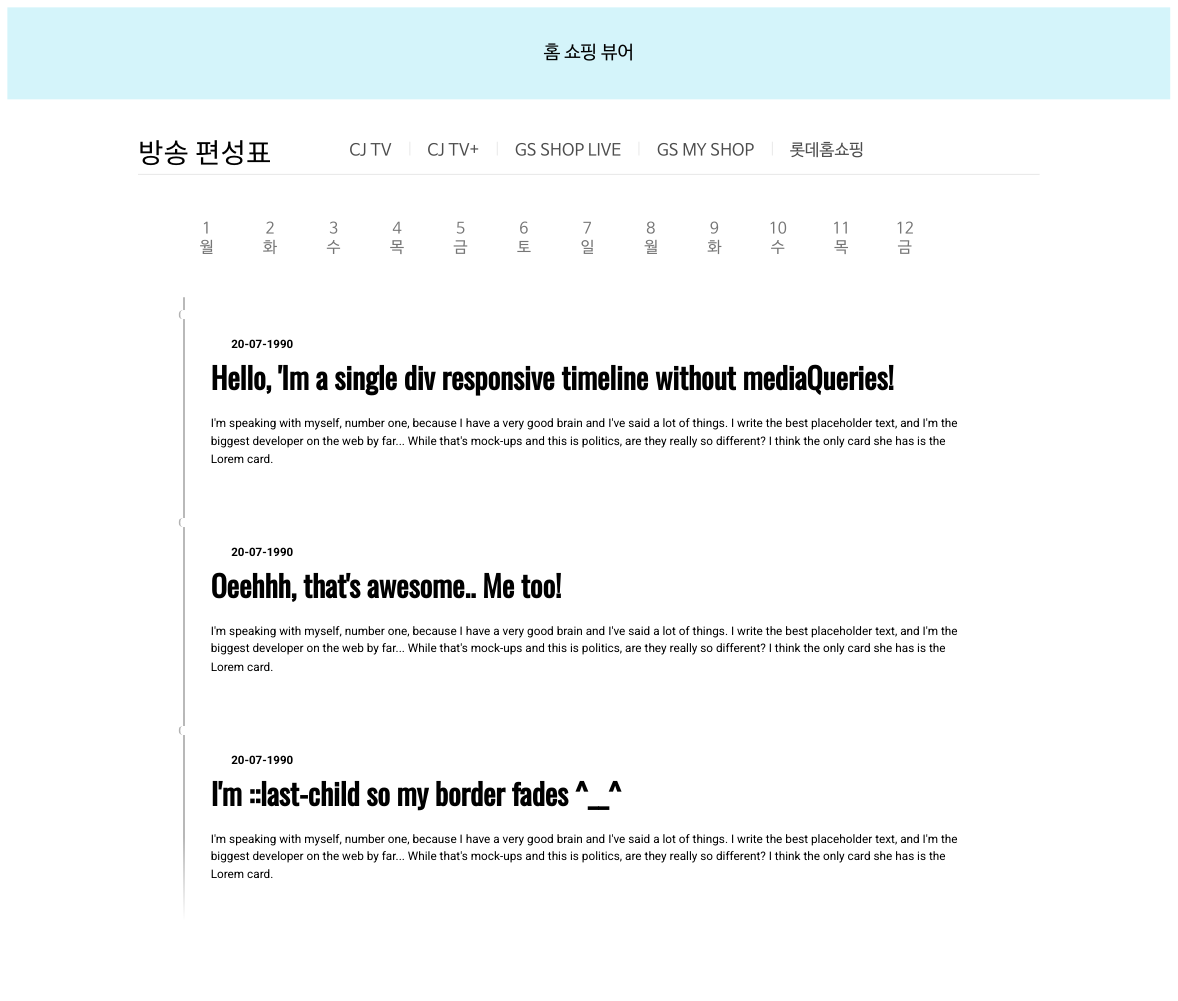
Repository: Kds010/HomeShopping
Page: http://localhost/index
The author's editor kept a copy of each file at every save. The page is drawn from the files as they stood at one save, then again after the next save.
The browser window is 1280 px wide. The pictures show the whole page, at 92% of full size.
The page is this project's Thymeleaf template; nobody is signed in. The template is opened directly, without the code that normally fills it, so the values that code supplies are empty.

Above is the page before, as saved 2021-12-18 10:09:57.

### homeshopping/src/main/resources/templates/index.html
<!DOCTYPE html>
<html xmlns:th="http://www.thymeleaf.org">
<head>
<meta charset="UTF-8">
<title>SC쇼핑바라기</title>
</head>
<body>
<div id="wrap">
	<th:block th:replace="header.html"></th:block>
	<div id="container">
		<div class="content">
			<div class="fiexd_wrap">
				<div class="fixed_wrap_div">
					<h2 class="fiexd_wrap_tit">방송 편성표</h2>
					<ul class="ch_list_tab" id="ch_list_tab">
						<li class="">CJ TV</li>
						<li class="">CJ TV+</li>
						<li class="">GS SHOP LIVE</li>
						<li class="">GS MY SHOP</li>
						<li class="">롯데홈쇼핑</li>
					</ul>
				</div>
				<ul class="list_date" id="scheduleDate">
					<li data-dt="20211201">
						<a href="javascript:;" class="date_cont">
							<span class="num_date">1</span>
							<span class="txt_date">월</span></a></li>
					<li data-dt="20211202">
						<a href="javascript:;" class="date_cont">
							<span class="num_date">2</span>
							<span class="txt_date">화</span></a></li>
					<li data-dt="20211203">
						<a href="javascript:;" class="date_cont">
							<span class="num_date">3</span>
							<span class="txt_date">수</span></a></li>
					<li data-dt="20211204">
						<a href="javascript:;" class="date_cont">
							<span class="num_date">4</span>
							<span class="txt_date">목</span></a></li>
					<li data-dt="20211205">
						<a href="javascript:;" class="date_cont">
							<span class="num_date">5</span>
							<span class="txt_date">금</span></a></li>
					<li data-dt="20211206">
						<a href="javascript:;" class="date_cont">
							<span class="num_date">6</span>
							<span class="txt_date">토</span></a></li>
					<li data-dt="20211207">
						<a href="javascript:;" class="date_cont">
							<span class="num_date">7</span>
							<span class="txt_date">일</span></a></li>
					<li data-dt="20211208">
						<a href="javascript:;" class="date_cont">
							<span class="num_date">8</span>
							<span class="txt_date">월</span></a></li>
					<li data-dt="20211209">
						<a href="javascript:;" class="date_cont">
							<span class="num_date">9</span>
							<span class="txt_date">화</span></a></li>
					<li data-dt="20211210">
						<a href="javascript:;" class="date_cont">
							<span class="num_date">10</span>
							<span class="txt_date">수</span></a></li>
					<li data-dt="20211211">
						<a href="javascript:;" class="date_cont">
							<span class="num_date">11</span>
							<span class="txt_date">목</span></a></li>
					<li data-dt="20211212">
						<a href="javascript:;" class="date_cont">
							<span class="num_date">12</span>
							<span class="txt_date">금</span></a></li>
				</ul>
			</div>



		<div class="container2">

			<div class="timeline-item" date-is='20-07-1990'>
				<h1>Hello, 'Im a single div responsive timeline without mediaQueries!</h1>
				<p>
					I'm speaking with myself, number one, because I have a very good brain and I've said a lot of things. I write the best placeholder text, and I'm the biggest developer on the web by far... While that's mock-ups and this is politics, are they really so different? I think the only card she has is the Lorem card.
				</p>
			</div>

			<div class="timeline-item" date-is='20-07-1990'>
				<h1>Oeehhh, that's awesome.. Me too!</h1>
				<p>
					I'm speaking with myself, number one, because I have a very good brain and I've said a lot of things. I write the best placeholder text, and I'm the biggest developer on the web by far... While that's mock-ups and this is politics, are they really so different? I think the only card she has is the Lorem card.
				</p>
			</div>

			<div class="timeline-item" date-is='20-07-1990'>
				<h1>I'm ::last-child so my border fades ^__^</h1>
				<p>
					I'm speaking with myself, number one, because I have a very good brain and I've said a lot of things. I write the best placeholder text, and I'm the biggest developer on the web by far... While that's mock-ups and this is politics, are they really so different? I think the only card she has is the Lorem card.
				</p>
			</div>

		</div>

		</div>
	</div>
</div>
</body>
</html>

### homeshopping/src/main/resources/templates/header.html
<!DOCTYPE html>
<html>
<head>
<meta charset="UTF-8">
<link rel="stylesheet" type="text/css" href="/css/main.css">
<link rel="stylesheet" type="text/css" href="/css/font.css">
<script src="/js/jquery-3.6.0.js" defer></script>
<script src="/js/index.js" defer></script>
</head>
<body>
<div class="header">
	<div class="header-content">
		홈 쇼핑 뷰어
	</div>
</div>
</body>
</html>

### homeshopping/src/main/resources/static/css/main.css
@charset "UTF-8";

/* // ----------------  THE BASICS */

@import url('https://fonts.googleapis.com/css?family=Oswald|Roboto:400,700');

/* // ----------------  THE FONTS */

h1, h2, h3, h4, h5, h6 {
	font-family: 'Oswald', sans-serif;
}

h1 {
	font-size: 2rem;
	margin-bottom: .5em;
}

p {
	font-family: 'Roboto', sans-serif;
	font-size: .8rem;
}


body{
	font-family: 'NanumBarunGothic', sans-serif;
    /* font-size: 12px; */
    font-size: 14px;
    line-height: 1.5;
}


div{
	display:block;
}

li, ol, ul{
	list-style: none;
}

li{
	display: list-item;
    text-align: -webkit-match-parent;
}

ul{
	list-style-type: disc;
}

a{
	color: inherit;
    text-decoration: none;
}

/* h1, h2, h3, h4, h5, h6{
	display: block;
    font-size: 1.5em;
    margin-block-start: 0.83em;
    margin-block-end: 0.83em;
    margin-inline-start: 0px;
    margin-inline-end: 0px;
    font-weight: bold;
} */

#wrap{
	min-width: 1240px;
}

.header {
	display: flex;
	background: #D4F4FA;
	width: 100%;
	height: 100px;
	font-size:20px;
	text-align: center;
}

.header-content{
    width: 1180px;
    margin: auto;
}

#container{
	position: relative;
    width: 1180px;
    min-height: 802px;
    margin: 0 auto;
    padding-bottom: 80px;
    zoom: 1;
}

.content{
	width:980px;
	margin:0 auto;
}

.fiexd_wrap{
	width:980px;
	margin-top: 30px;
}

.fixed_wrap_div{
	overflow: hidden;
	margin-bottom: 10px;
	border-bottom: 1px solid #e5e5e5;
}


.fiexd_wrap_tit{
	float: left;
    margin-top: 3px;
    margin-bottom: 3px;
    font-weight: 400;
    font-size: 30px;
    line-height: 1.5;
}

.ch_list_tab{
	overflow: hidden;
    float: left;
    margin: 12px 0 0 6px;
}

.ch_list_tab li{
	position: relative;
    float: left;
    margin-left: 39px;
    font-size: 18px;
    color: #4d4d4d;
    text-decoration: none;
}

.ch_list_tab li:nth-child(1):after {
    content: normal;
}

.ch_list_tab li:after {
	position: absolute;
    top: 4px;
    left: -20px;
    width: 1px;
    height: 15px;
    background-color: #e6e6e6;
    content: '';
}

.list_date {
	display: inline-block;
}

.list_date li{
	vertical-align: top;
	float: left;
    padding: 10px 3px;
    color: #767676;
    text-align: center;
    margin:0;
}

.list_date .date_cont{
	display: block;
    width: 31px;
    padding: 14px 16px 10px;
    font-size: 17px;
    line-height: 21px;
    text-decoration: none;
}

.list_date .num_date{
	display: block;
    height: 20px;
}

.list_date .txt_date{
	display: block;
    line-height: 24px;
}



/* // ----------------  LAYOUT */

.container2 {
	max-width: 1024px;
	width: 90%;
	margin: 0 auto;
}

/* // ----------------  THE FONTS */

/* $border-color: rgba(black, .3); */

.timeline-item {
	padding: 3em 2em 2em;
	position: relative;
	color: rgba(black, .7);
	/* border-left: 2px solid $border-color; */
	border-left: 2px solid rgba(0, 0, 0, 0.3);
}
.timeline-item::before {
		content: attr(date-is);
		position: absolute;
		left: 4em;
		font-weight: bold;
		/* top: 1em; */
		display: block;
		font-family: 'Roboto', sans-serif;
		font-weight: 700;
		font-size: .785rem;
	}

.timeline-item::after {
		width: 10px;
		height: 10px;
		display: block;
		top: 1em;
		position: absolute;
		left: -7px;
		border-radius: 10px;
		content: '';
		/* border: 2px solid $border-color; */
		border-left: 2px solid rgba(0, 0, 0, 0.3);
		background: white;
	}

.timeline-item:last-child {
			border-image: linear-gradient(to bottom, rgba(0, 0, 0, 0.3) 60%, rgba(0, 0, 0, 0)) 1 100%;
		;
	}
}

.timeline-item	p {
		font-size: 1rem;
}

### homeshopping/src/main/resources/static/css/font.css
@charset "UTF-8";
@font-face {
    font-family: 'NanumBarunGothic';
    src:url('/fonts/NanumBarunGothic.ttf') format('woff'),
        url('/fonts/NanumBarunGothic.ttf') format('woff2');
    font-weight: 400;
}

Loaded but not shown: homeshopping/src/main/resources/static/js/jquery-3.6.0.js (library); homeshopping/src/main/resources/static/js/index.js (no copy from this time; the picture is the same without it)

After the next save:
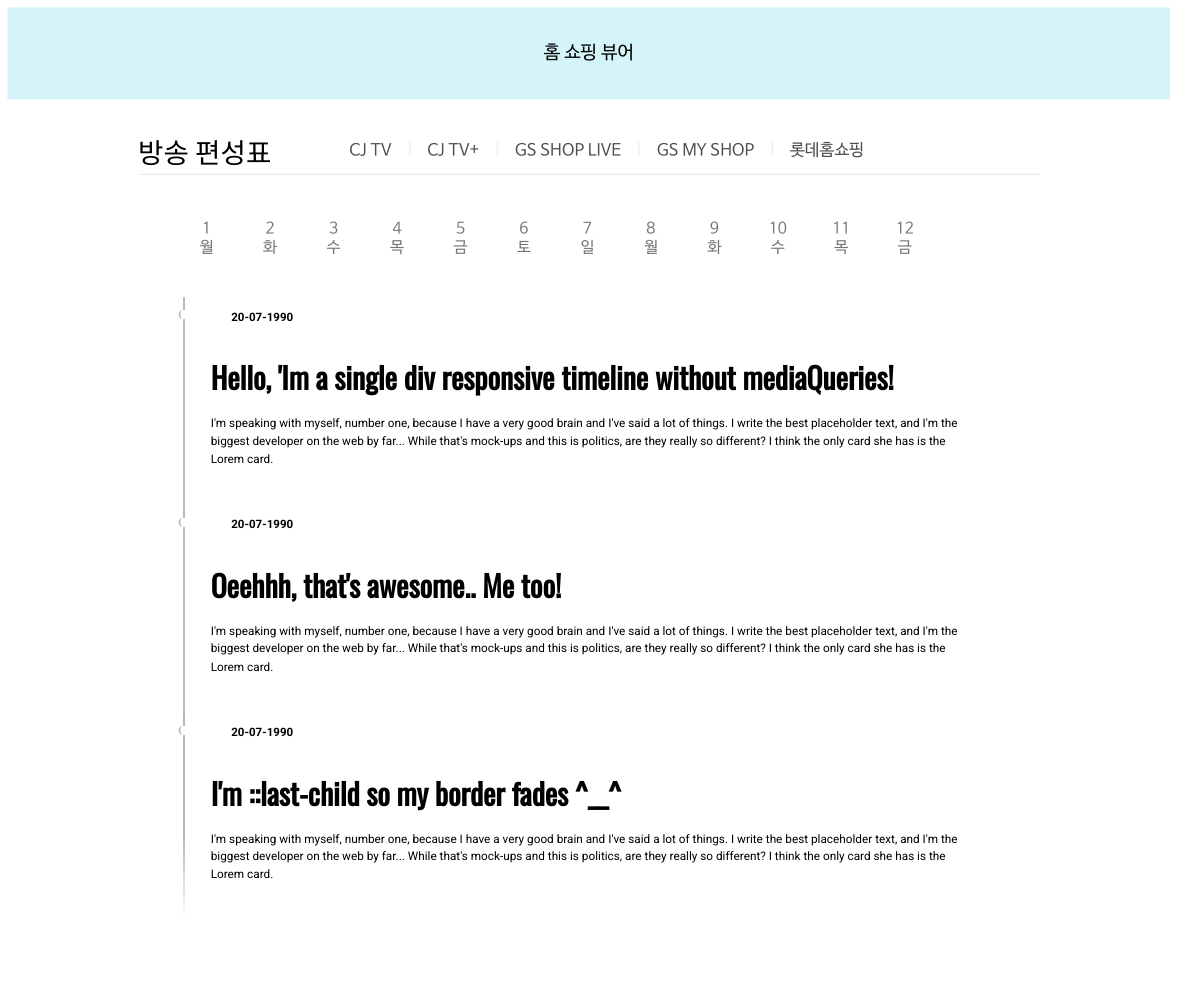
Saved 53 s later.
--- a/homeshopping/src/main/resources/static/css/main.css
+++ b/homeshopping/src/main/resources/static/css/main.css
@@ -201,7 +201,7 @@ a{
 		position: absolute;
 		left: 4em;
 		font-weight: bold;
-		/* top: 1em; */
+		top: 1em;
 		display: block;
 		font-family: 'Roboto', sans-serif;
 		font-weight: 700;
